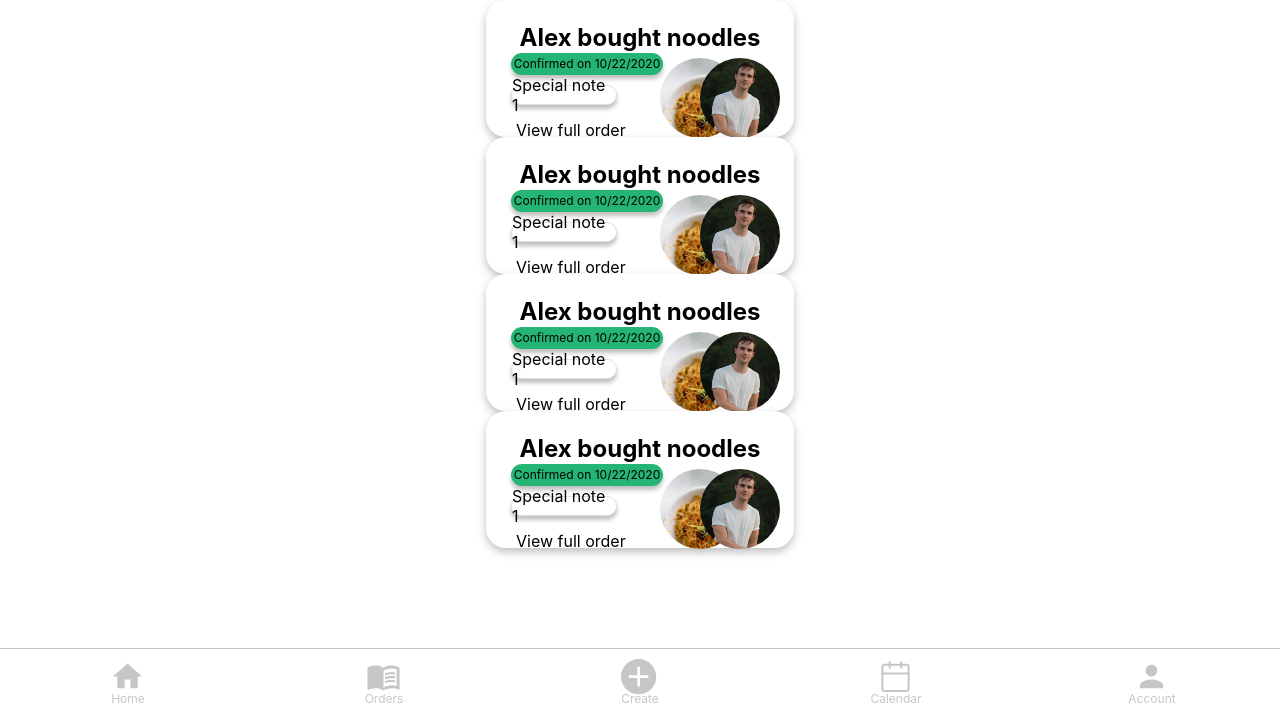
Repository: nguyenlejoe/HomeChef
Page: /ChefOrdersConfirmed (app in app/)
These files come from the project's save history. The page is drawn as it stood at one moment and after the next save; the edit follows.
The browser window is 1280 px wide. The pictures show the whole page.
An inner scrolling area shows only its first screen. The project was rebuilt for these pictures with package versions that can differ from the ones it lists, and the page was loaded fresh each time. A package was used in the major version that the imports need, not the one package.json lists. Also part of the build but not shown: app/src/comps/MainButton/index.js, app/src/comps/NavBarGourmet/index.js, app/src/pages/ChefReview.js, app/src/App.scss, app/src/pages/CreateAccountChef/CreateAccountCheff.scss, app/src/comps/SignUp/index.js, app/src/comps/CreateAccount/index.js, app/src/pages/CreateAccountChef/index.js and 28 more.

Above is the page before, as saved 2020-11-09 01:46:33.

After the next save:
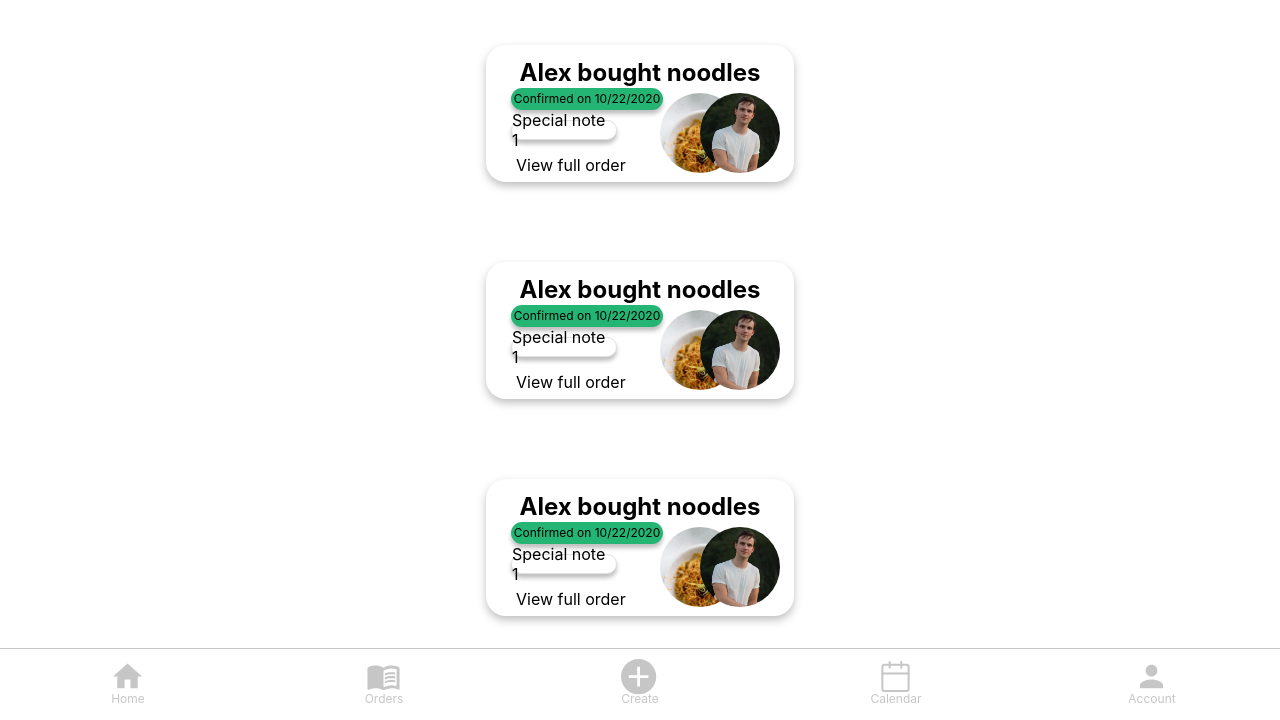
Saved 8 s later.
--- a/app/src/pages/ChefOrdersConfirmed/index.js
+++ b/app/src/pages/ChefOrdersConfirmed/index.js
@@ -7,10 +7,10 @@ import SummaryBox from '../../comps/SummaryBox';
 export default function ChefOrdersConfirmed() {
   return<div className="app">
         <div className="ConfirmedOrders">
-          <SummaryBox></SummaryBox>
-          <SummaryBox></SummaryBox>
-          <SummaryBox></SummaryBox>
-          <SummaryBox></SummaryBox>
+          <div className="OrderSummary"><SummaryBox></SummaryBox></div>
+          <div className="OrderSummary"><SummaryBox></SummaryBox></div>
+          <div className="OrderSummary"><SummaryBox></SummaryBox></div>
+          <div className="OrderSummary"><SummaryBox></SummaryBox></div>
         </div>
         <div className="Nav">
           <NavBarChef></NavBarChef>
